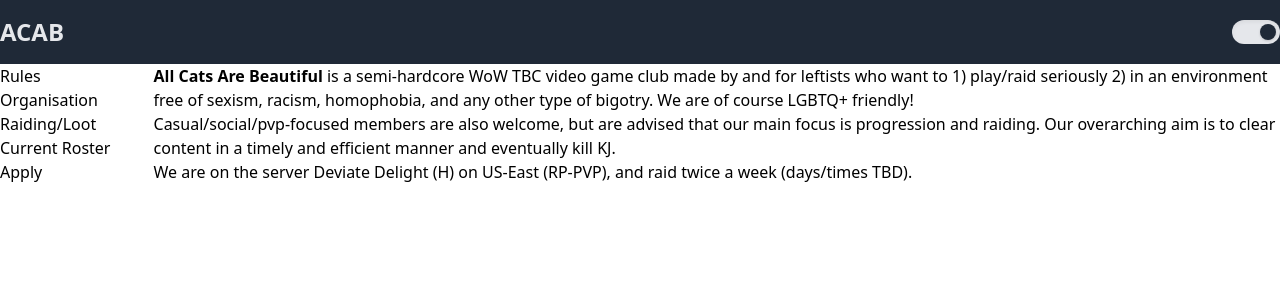
Repository: eaang/catguild_frontend
Page: /
The author's editor kept a copy of each file at every save. The page is drawn from the files as they stood at one save, then again after the next save.
The browser window is 1280 px wide. The pictures show the whole page.
The project was rebuilt for these pictures with package versions that can differ from the ones it lists, and the page was loaded fresh each time. The framework's server and built-in components were replaced by stand-ins that run in the browser. Also part of the build but not shown: nuxt.config.js, components/ContentBox.vue, components/ContentEditor.vue, components/ImageBox.vue, components/SidebarMain.vue, components/SidebarSub.vue, components/TheFoooter.vue, components/icons/ChevronDown.vue and 19 more. Imported but missing from the stored project, and not drawn on this page: apollo/queries/categories/category.

Above is the page before, as saved 2021-04-02 18:47:54.

After the next save:
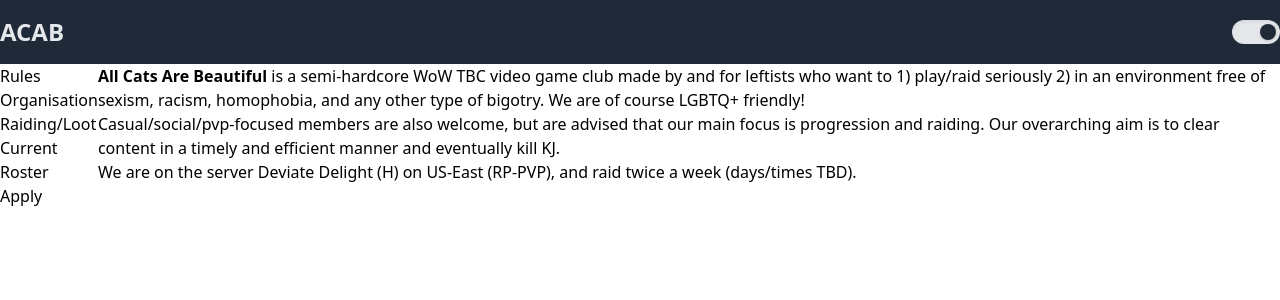
Saved 16 s later.
--- a/components/TheSidebar.vue
+++ b/components/TheSidebar.vue
@@ -1,5 +1,5 @@
 <template>
-  <div class="w-64 h-full">
+  <div class="">
     <div>Rules</div>
     <div>Organisation</div>
     <div>Raiding/Loot</div>

After the save that followed:
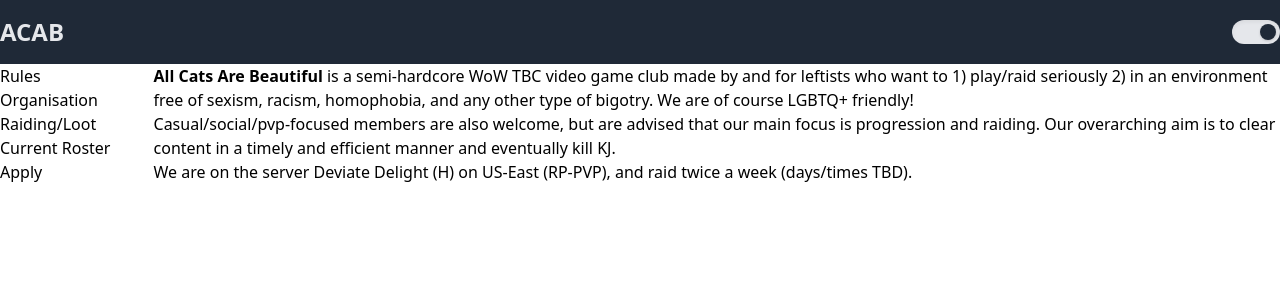
Saved 4 s later.
--- a/layouts/default.vue
+++ b/layouts/default.vue
@@ -3,7 +3,7 @@
     <TheHeader class="absolute inset-x-0 top-0" />
     <div class="container">
       <div class="flex">
-        <TheSidebar class="" />
+        <TheSidebar class="w-64 h-full" />
         <Nuxt />
       </div>
       <TheFooter />
